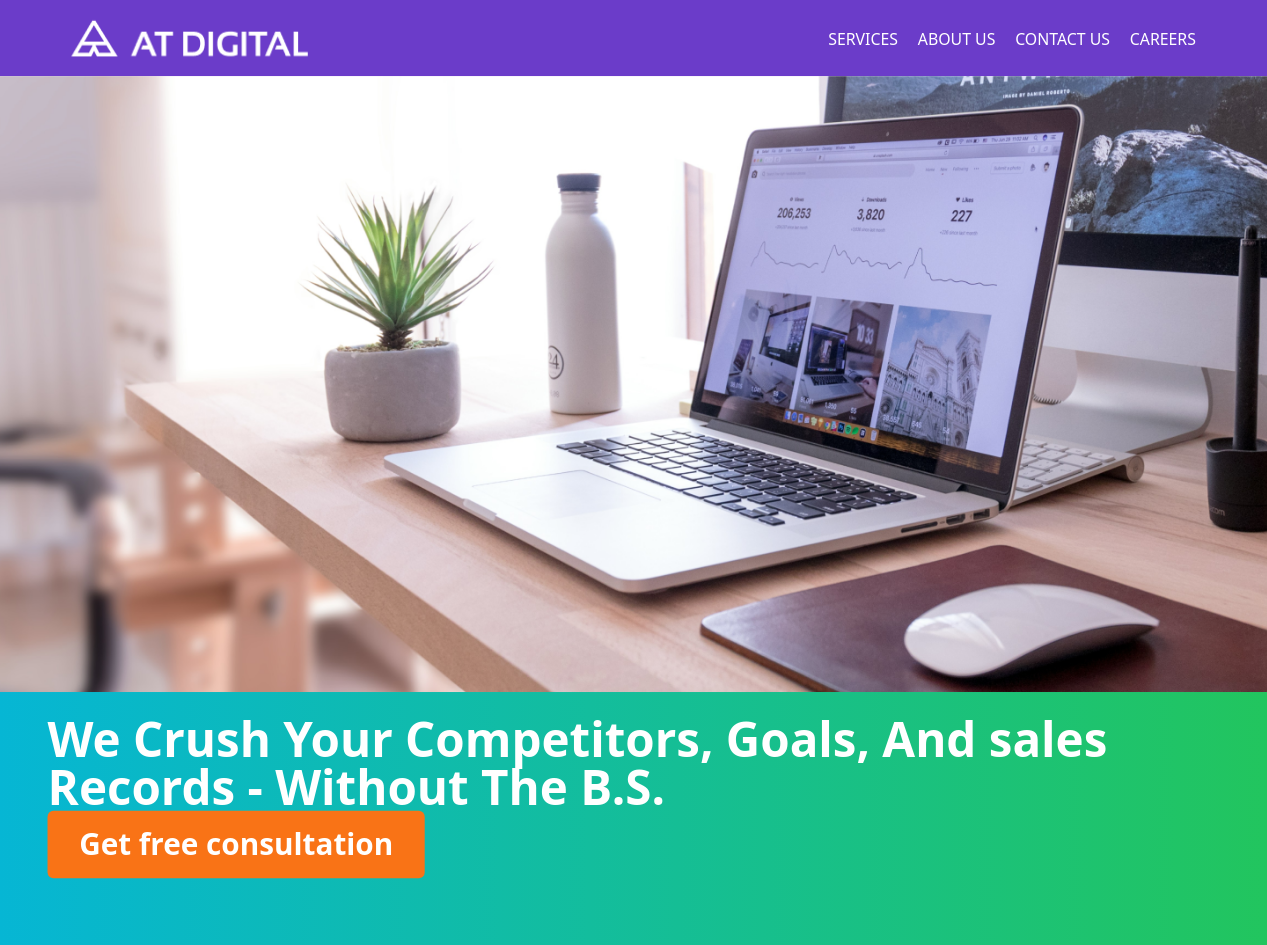
Repository: Milith97/AT-Digital-Website
Page: /
The author's editor kept a copy of each file at every save. The page is drawn from the files as they stood at one save, then again after the next save.
The browser window is 1280 px wide. The pictures show the whole page, at 99% of full size.
The project was rebuilt for these pictures with package versions that can differ from the ones it lists, and the page was loaded fresh each time. Also part of the build but not shown: vite.config.js.

Above is the page before, as saved 2024-04-06 19:51:00.

### src/App.jsx
// App.js or your main component file
import React from 'react';
import NavBar from './Components/NavBar';
import HomePage from './Components/HomePage';

function App() {
  return (
    <div className="App">
      <NavBar />
      <HomePage />
    </div>
  );
}

export default App;

### src/Components/NavBar.jsx
import React, { useState } from 'react';
import Logo from '../assets/Img/Logo.png';

const NavBar = () => {
    const [isOpen, setIsOpen] = useState(false);

    return (
        <nav className="bg-[#6B3CC9]">
            <div className="max-w-1440px max-h-20 xl:px-16 md:px-7 sm:px-11 max-lg:mx-6">
                <div className="flex justify-between">
                    <div>
                        <a href="#" className={`flex items-center py-5 sm:px-2 ${isOpen ? 'hidden' : 'flex'}`}>
                            <img src={Logo} alt="Logo" />
                        </a>
                    </div>
                    <div className={`hidden md:flex font-medium text-white items-center space-x-1 ${isOpen ? 'flex' : 'hidden'}`}>
                        <a href="#" className="py-5 px-2 ">SERVICES</a>
                        <a href="#" className="py-5 px-2 ">ABOUT US</a>
                        <a href="#" className="py-5 px-2 ">CONTACT US</a>
                        <a href="#" className="py-5 px-2 ">CAREERS</a>
                    </div>
                    <div className="md:hidden flex items-center ">
                        <button onClick={() => setIsOpen(!isOpen)} className="text-white focus:outline-none">
                            {!isOpen ? (
                                <svg className="h-14 w-10" stroke="white" viewBox="0 0 24 24" >
                                    <path strokeLinecap="round" strokeLinejoin="round" strokeWidth="3" d="M4 6h16M4 12h16M4 18h16" />
                                </svg>
                            ) : (
                                <svg className="h-12 w-8" stroke="black" viewBox="0 0 24 24" >
                                    <path strokeLinecap="round" strokeLinejoin="round" strokeWidth="3" d="M6 18L18 6M6 6l12 12" />
                                </svg>
                            )}
                        </button>
                    </div>
                </div>
            </div>
            <div className={`${isOpen ? 'block' : 'hidden'} md:hidden`}>
                <div className="bg-white">
                    <a href="#" className="block py-2 px-4 text-sm text-black-500 ">HOME</a>
                    <a href="#" className="block py-2 px-4 text-sm text-black-500">SERVICES</a>
                    <a href="#" className="block py-2 px-4 text-sm text-black-500">ABOUT US</a>
                    <a href="#" className="block py-2 px-4 text-sm text-black-500">CONTACT US</a>
                    <a href="#" className="block py-2 px-4 text-sm text-black-500">CAREERS</a>
                </div>
            </div>
        </nav>
    );
};

export default NavBar;

### src/Components/HomePage.jsx
import React from 'react';
import backgroundImage from '../assets/Img/Home.png';

const HomePage = () => {
    return (
        <div >
            <img src={backgroundImage} alt="Home Image" />
            <div className='h-64 max-w-full bg-gradient-to-r from-cyan-500 to-green-500'>
                <div className='text-lg py-6 px-12'>
                    <p className='font-bold text-5xl text-white'>We Crush Your Competitors, Goals, And sales Records - Without The B.S.</p>
                    <div className=''>
                        <button className='bg-orange-500 text-white font-bold text-3xl px-8 py-4 rounded-md'>Get free consultation</button>
                    </div>
                </div>
            </div>
        </div>
    );
};

export default HomePage;

Loaded but not shown: index.html (common file); src/main.jsx (common file); src/index.css (common file); tailwind.config.js (common file)

After the next save:
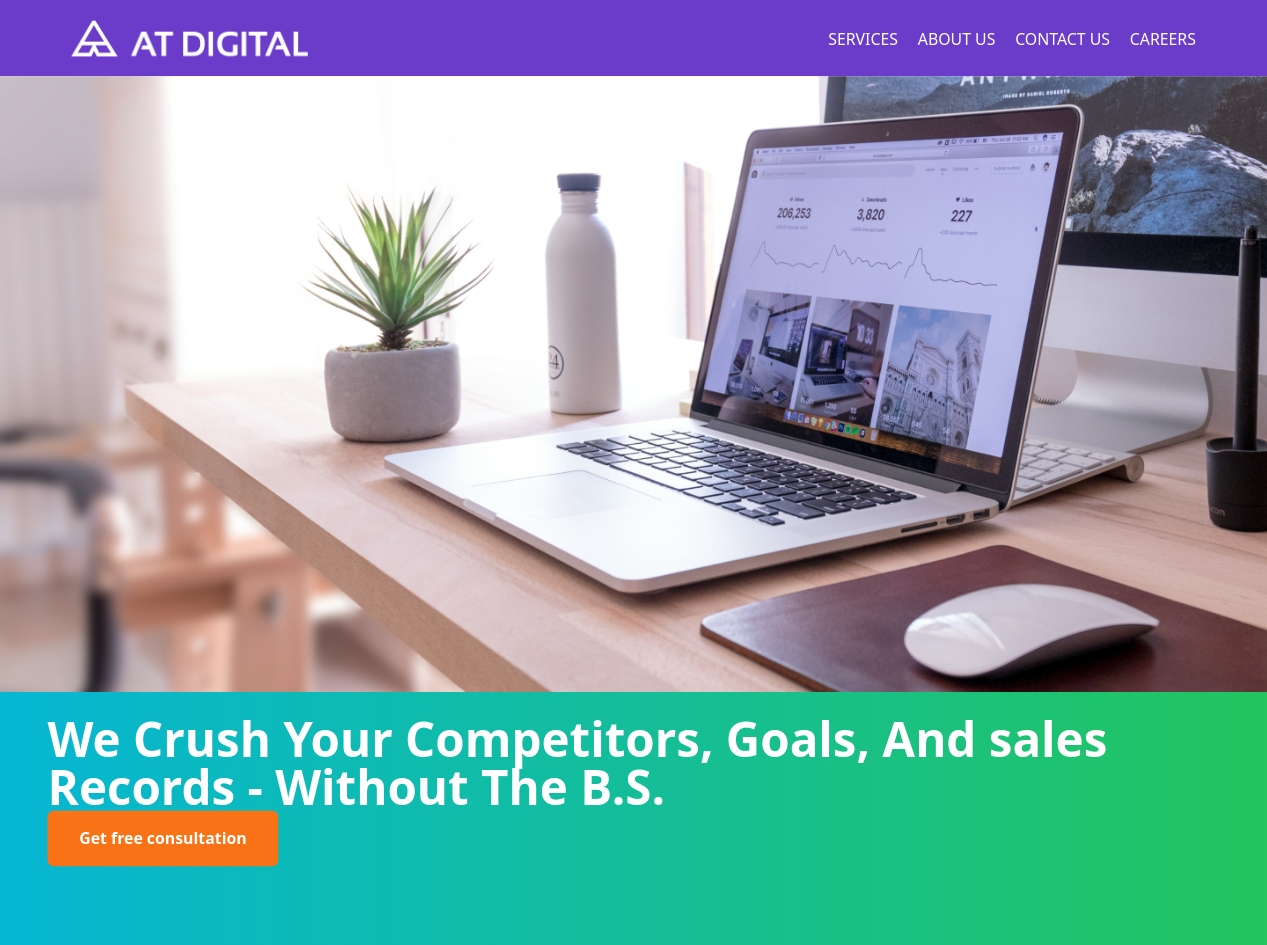
Saved 57 s later.
--- a/src/Components/HomePage.jsx
+++ b/src/Components/HomePage.jsx
@@ -9,7 +9,7 @@ const HomePage = () => {
                 <div className='text-lg py-6 px-12'>
                     <p className='font-bold text-5xl text-white'>We Crush Your Competitors, Goals, And sales Records - Without The B.S.</p>
                     <div className=''>
-                        <button className='bg-orange-500 text-white font-bold text-3xl px-8 py-4 rounded-md'>Get free consultation</button>
+                        <button className='bg-orange-500 text-white font-bold text-base px-8 py-4 rounded-md'>Get free consultation</button>
                     </div>
                 </div>
             </div>
